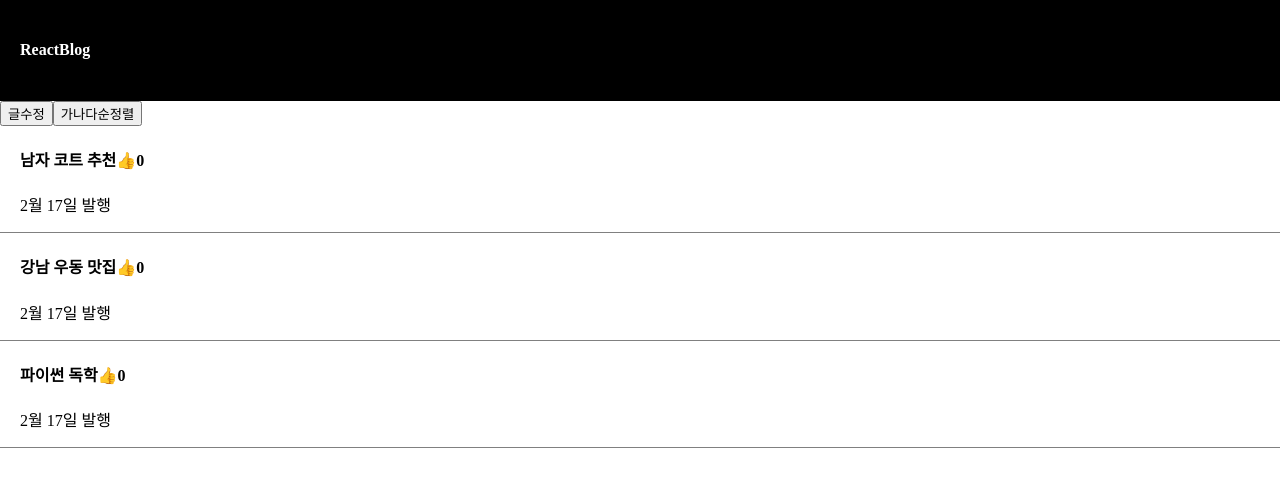
Repository: thinkseaweave/applecoding
Page: /
An editor plug-in stored every save of this project. The page is shown before and after the next save, followed by the edit.
The browser window is 1280 px wide. The pictures show the whole page.
The project was rebuilt for these pictures with package versions that can differ from the ones it lists, and the page was loaded fresh each time. Also part of the build but not shown: vite.config.js, src/index.css.

Above is the page before, as saved 2025-01-29 13:49:21.

### src/App.jsx
/* eslint-disable */

import { useState } from "react";
import "./App.css";

function App() {
  const post = "강남 우동 맛집";
  let [글제목, 글제목변경] = useState([
    "남자 코트 추천",
    "강남 우동 맛집",
    "파이썬 독학",
  ]);
  let [따봉, 따봉변경] = useState([0, 0, 0]);
  let [modal, setModal] = useState(false);

  return (
    <div className="App">
      <div className="black-nav">
        <h4>ReactBlog</h4>
      </div>
      <button
        onClick={() => {
          const copy = [...글제목];
          copy[0] = "여자코트 추천";
          글제목변경(copy);
        }}
      >
        글수정
      </button>
      <button
        onClick={() => {
          const 정렬된글제목 = [...글제목].sort();
          console.log("정렬된글제목:", 정렬된글제목);
          글제목변경(정렬된글제목);
        }}
      >
        가나다순정렬
      </button>

      {글제목.map(function (item, index) {
        return (
          <div className="list" key={index}>
            <h4
              onClick={(event) => {
                event.preventDefault();
                setModal(!modal);
              }}
            >
              {item}
              <span
                onClick={(event) => {
                  event.stopPropagation();
                  const 따봉카피 = [...따봉];
                  따봉카피[index] = 따봉카피[index] + 1;
                  따봉변경(따봉카피);
                }}
              >
                👍
              </span>
              {따봉[index]}
            </h4>
            <p> 2월 17일 발행</p>
          </div>
        );
      })}

      {
        //조건식 ? 참일 때 실행할 코드 : 거짓일 때 실행할 코드
        modal === true ? <Modal 글제목={글제목} /> : null
      }
    </div>
  );
}

function Modal(props) {
  return (
    <div className="modal">
      <h4>{props.글제목[0]}</h4>
      <p>날짜</p>
      <p>상세내용</p>
    </div>
  );
}

export default App;

### src/App.css
body {
  margin: 0;
}

div {
  box-sizing: border-box;
}
.list {
  text-align: left;
  padding-left: 20px;
  border-bottom: 1px solid grey;
}

.black-nav {
  background: black;
  width: 100%;
  display: flex;
  color: white;
  padding: 20px;
}

.modal {
  margin-top: 20px;
  padding: 20px;
  background: #eee;
  text-align: left;
}

Loaded but not shown: index.html (common file); src/main.jsx (common file)

After the next save:
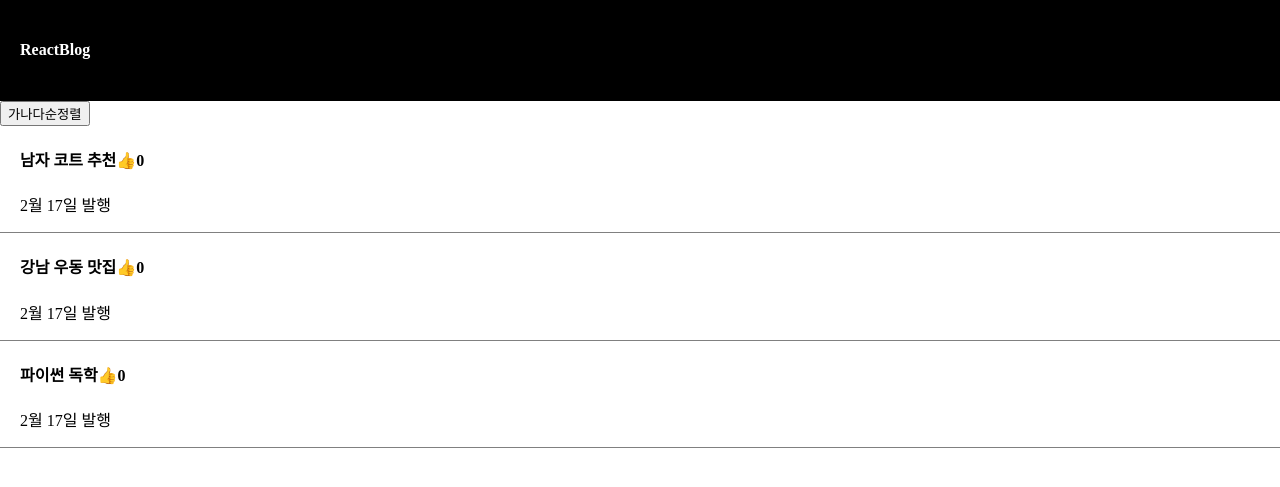
Saved 40 min 37 s later.
--- a/src/App.jsx
+++ b/src/App.jsx
@@ -20,17 +20,7 @@ function App() {
       </div>
       <button
         onClick={() => {
-          const copy = [...글제목];
-          copy[0] = "여자코트 추천";
-          글제목변경(copy);
-        }}
-      >
-        글수정
-      </button>
-      <button
-        onClick={() => {
           const 정렬된글제목 = [...글제목].sort();
-          console.log("정렬된글제목:", 정렬된글제목);
           글제목변경(정렬된글제목);
         }}
       >
@@ -78,6 +68,15 @@ function Modal(props) {
       <h4>{props.글제목[0]}</h4>
       <p>날짜</p>
       <p>상세내용</p>
+      <buttion
+        onClick={() => {
+          const copy = [...글제목];
+          copy[0] = "여자코트 추천";
+          글제목변경(copy);
+        }}
+      >
+        글수정
+      </buttion>
     </div>
   );
 }
